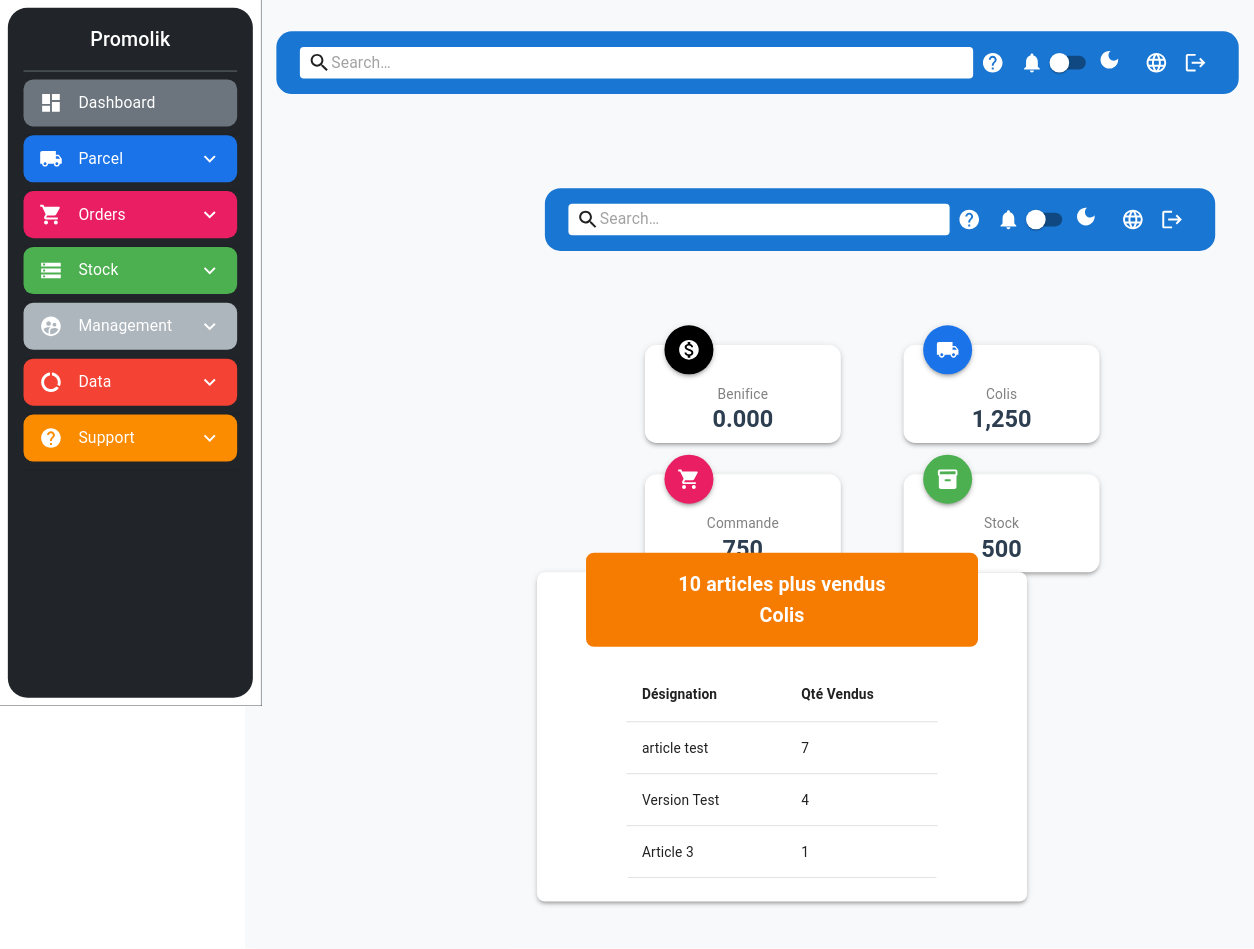
Repository: yosrjdly/stk
Page: /dashboard (app in dashboard/)
An editor plug-in stored every save of this project. The page is shown before and after a run of saves, followed by the edit.
The browser window is 1280 px wide. The pictures show the whole page, at 98% of full size.
The project was rebuilt for these pictures with package versions that can differ from the ones it lists, and the page was loaded fresh each time. The framework's server and built-in components were replaced by stand-ins that run in the browser. Also part of the build but not shown: dashboard/next.config.ts.

Above is the page before, as saved 2025-02-14 18:29:34.

After the next 2 saves:
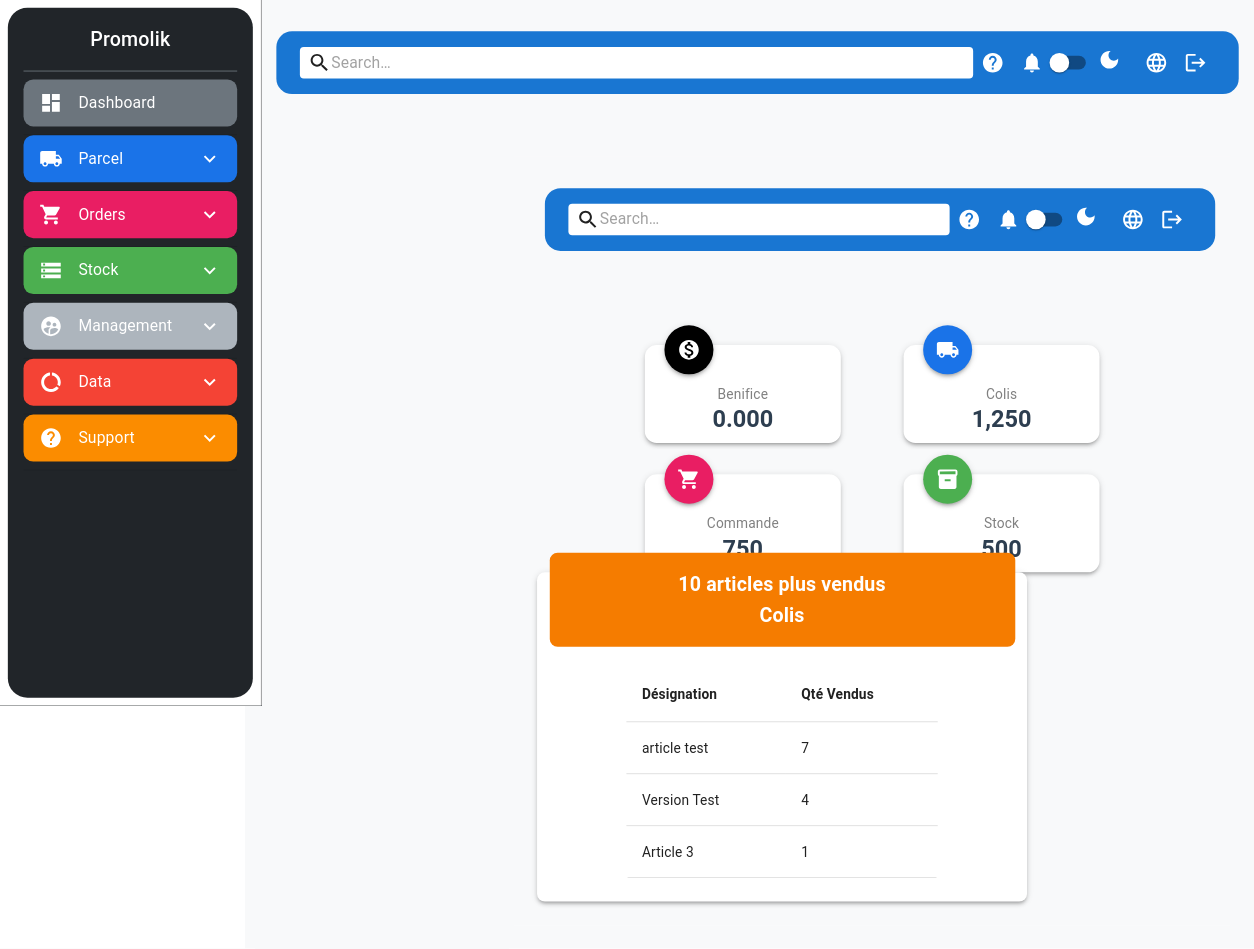
The 2 saves are shown as one change because they came seconds apart.
The last was saved 39 s later.
--- a/dashboard/src/componenets/cards/mediumCard/TopSellingCard.tsx
+++ b/dashboard/src/componenets/cards/mediumCard/TopSellingCard.tsx
@@ -11,7 +11,7 @@ const data = [
 const TopSellingCard = () => {
   return (
     <Card sx={{ width: 500, borderRadius: 2, boxShadow: 3, overflow: "visible", display: "flex", flexDirection: "column", alignItems: "center", justifyContent: "center", position: "relative" }}>
-      <CardContent sx={{ backgroundColor: "#f57c00", color: "white", textAlign: "center", padding: 2, width: 400, position: "absolute", top: -20,borderRadius: 2 }}>
+      <CardContent sx={{ backgroundColor: "#f57c00", color: "white", textAlign: "center", padding: 2, width: 475, position: "absolute", top: -20,borderRadius: 2 }}>
         <Typography variant="h6" fontWeight="bold">
           10 articles plus vendus
         </Typography>
